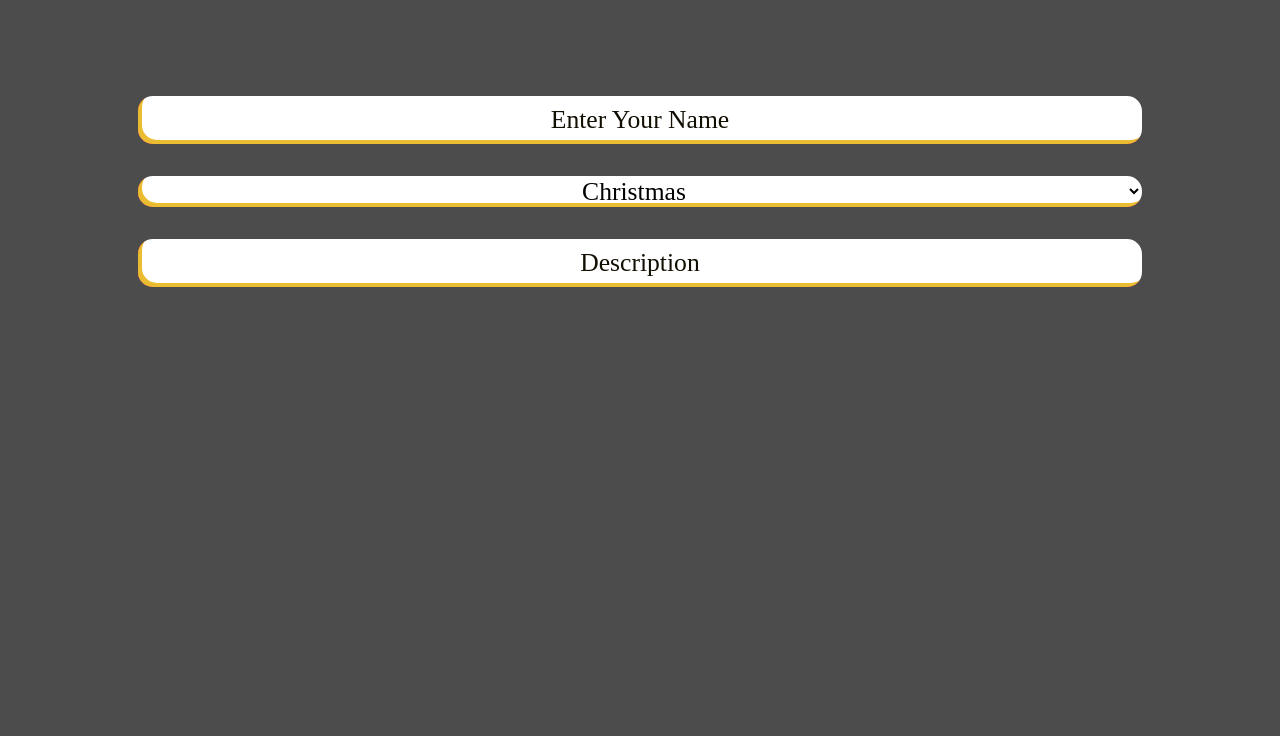
Repository: Haneef-Shaik/Greetings
Page: /
The author's editor kept a copy of each file at every save. The page is drawn from the files as they stood at one save, then again after the next save.
The browser window is 1280 px wide. The pictures show the whole page.
The project was rebuilt for these pictures with package versions that can differ from the ones it lists, and the page was loaded fresh each time. The framework's server and built-in components were replaced by stand-ins that run in the browser. Also part of the build but not shown: next.config.js, styles/card.module.scss, components/card.js, styles/socialShare.module.scss, components/socialShare.js.

Above is the page before, as saved 2021-12-01 20:38:34.

After the next save:
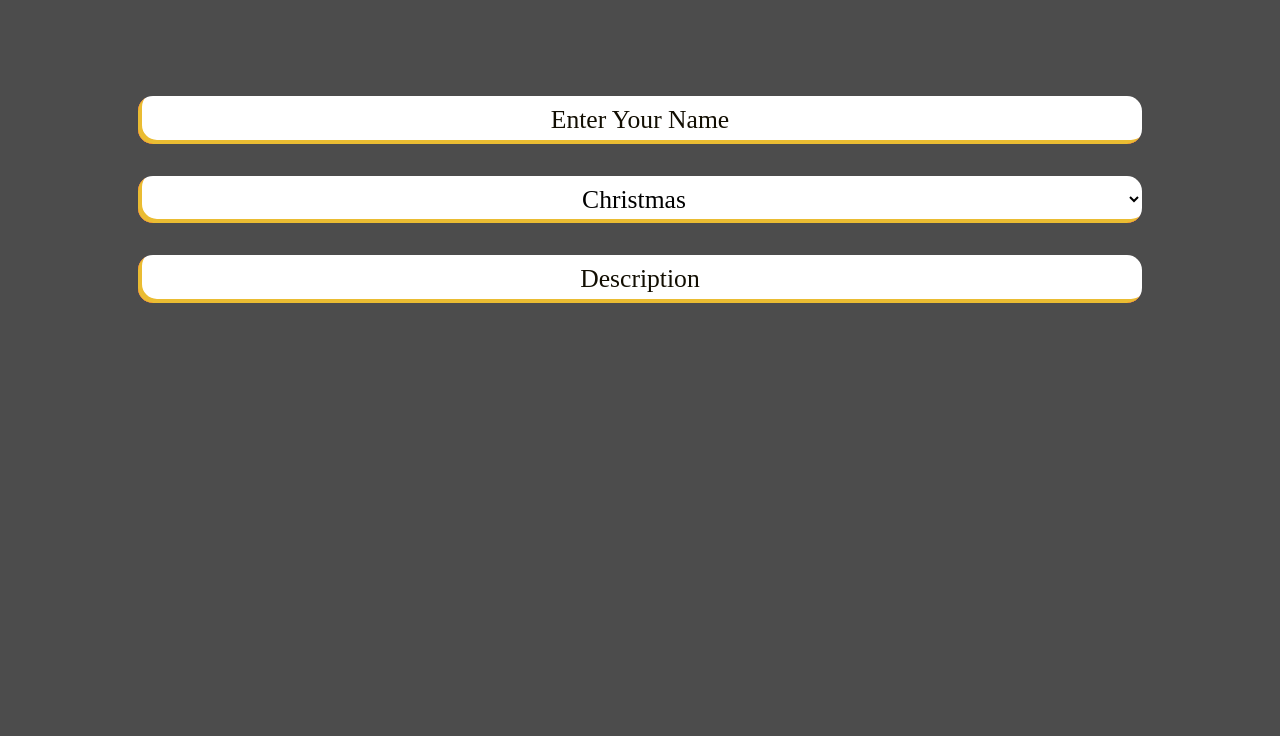
Saved 40 s later.
--- a/components/form.js
+++ b/components/form.js
@@ -16,7 +16,7 @@ function Edit() {
                             <form className="formStyle">
                                 <input type="text" placeholder="Enter Your Name" className="col-12" required />
 
-                                <select name="festival" className="col-12">
+                                <select name="festival" className="col-12 p-2">
                                     <option value="christmas">Christmas</option>
                                     <option value="newYear">New Year</option>
                                 </select>
